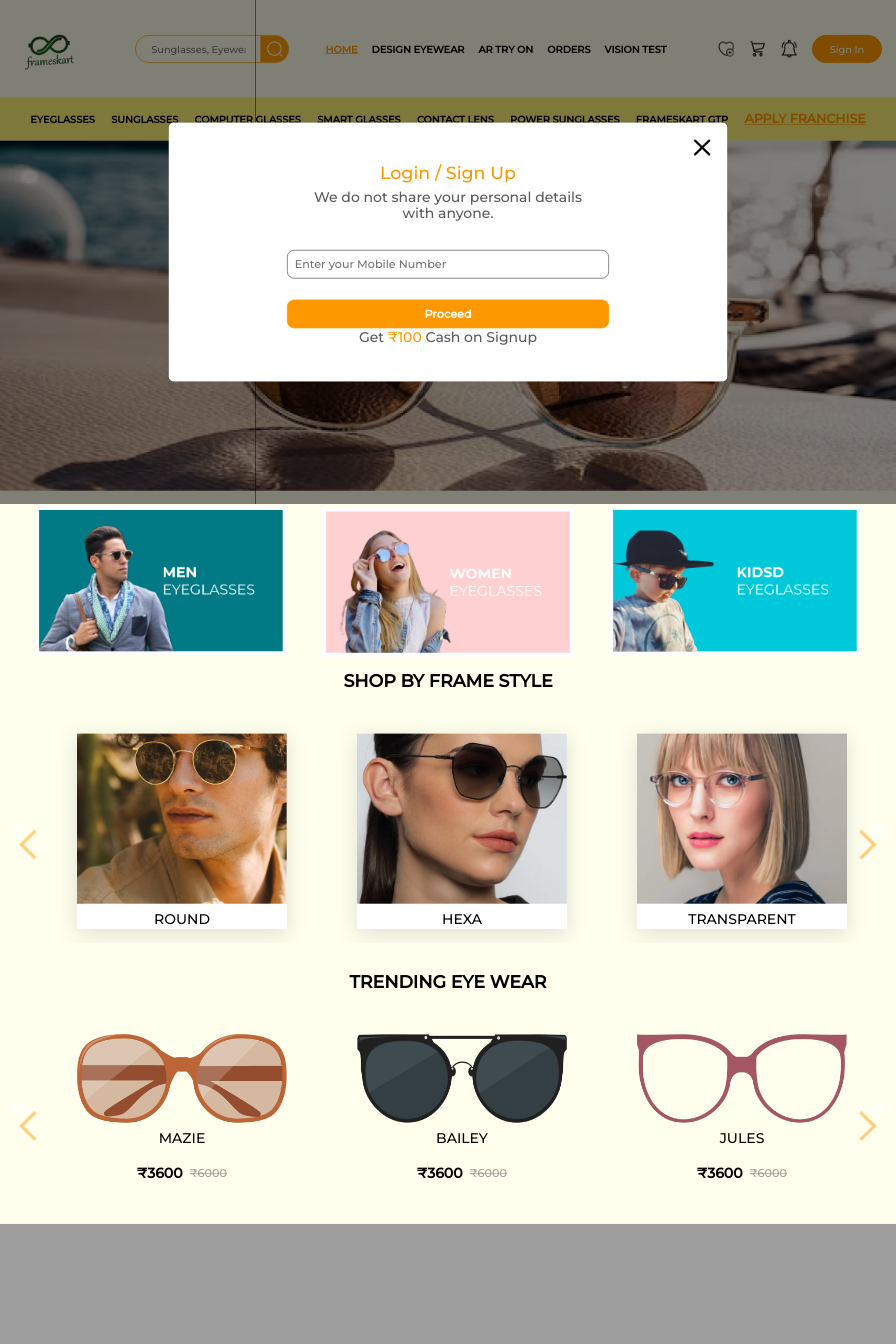
Repository: FlyweisReact/Frameskart
Page: /, after clicking the first element matching `button`
An editor plug-in stored every save of this project. The page is shown before and after the next save, followed by the edit.
The browser window is 1280 px wide. The pictures show the part of the page from y = 0 to 1920 px (the page is 12493 px tall), at 70% of full size.
Pictures or frames that could not be fetched are drawn as grey boxes. The project was rebuilt for these pictures with package versions that can differ from the ones it lists, and the page was loaded fresh each time.

Above is the page before, as saved 2023-10-23 13:08:37.

### public/index.html
<!-- @format -->

<!DOCTYPE html>
<html lang="en">
  <head>
    <meta charset="utf-8" />
    <link rel="icon" href="%PUBLIC_URL%/favicon.ico" />
    <meta name="viewport" content="width=device-width, initial-scale=1" />
    <meta name="theme-color" content="#000000" />
    <meta
      name="description"
      content="Web site created using create-react-app"
    />
    <link rel="apple-touch-icon" href="%PUBLIC_URL%/logo192.png" />
    <link rel="manifest" href="%PUBLIC_URL%/manifest.json" />
    <link rel="preconnect" href="https://fonts.googleapis.com" />
    <link rel="preconnect" href="https://fonts.gstatic.com" crossorigin />
    <link
      href="https://fonts.googleapis.com/css2?family=Montserrat:wght@500&display=swap"
      rel="stylesheet"
    />
    <title>React App</title>
  </head>
  <body>
    <noscript>You need to enable JavaScript to run this app.</noscript>
    <div id="root"></div>
  </body>
</html>

### src/index.js
import React from 'react';
import ReactDOM from 'react-dom/client';
import './index.css';
import App from './App';
import 'bootstrap/dist/css/bootstrap.min.css';
import "slick-carousel/slick/slick.css";
import "slick-carousel/slick/slick-theme.css";

const root = ReactDOM.createRoot(document.getElementById('root'));
root.render(
  <React.StrictMode>
    <App />
  </React.StrictMode>
);

### src/index.css
body {
  margin: 0;
  font-family: -apple-system, BlinkMacSystemFont, 'Segoe UI', 'Roboto', 'Oxygen',
    'Ubuntu', 'Cantarell', 'Fira Sans', 'Droid Sans', 'Helvetica Neue',
    sans-serif;
  -webkit-font-smoothing: antialiased;
  -moz-osx-font-smoothing: grayscale;
  background-color: #FFFFED !important;
  margin: 0;
  padding: 0;
}

code {
  font-family: source-code-pro, Menlo, Monaco, Consolas, 'Courier New',
    monospace;
}

### src/App.js
/** @format */

import React from "react";
import { BrowserRouter, Route, Routes } from "react-router-dom";
import Home from "./Screen/Home";

// CSS
import './CSS/style.css'
import './CSS/Laptop.css'

const App = () => {
  return (
    <BrowserRouter>
      <Routes>
        <Route path="/" element={<Home />} />
      </Routes>
    </BrowserRouter>
  );
};

export default App;

### src/CSS/style.css
/** @format */
/* Navbar */
.Nav {
  padding: 20px;
}
.Nav .header {
  display: flex;
  justify-content: space-between;
  gap: 20px;
  align-items: center;
}

.Nav .header .logo {
  width: 100px;
}

.Nav .header .logo img {
  width: 100%;
}
.Nav .header .mid-div {
  display: flex;
  gap: 20px;
  align-items: center;
}
.Nav .header .mid-div ul {
  display: flex;
  gap: 20px;
  align-items: center;
  list-style: none;
  margin: 0;
}
.Nav .header .mid-div ul li {
  color: #000;
  text-align: center;
  font-family: Montserrat;
  font-size: 14px;
  font-style: normal;
  font-weight: 600;
  line-height: normal;
  text-transform: uppercase;
  cursor: pointer;
}

.Nav .header .mid-div ul li.active {
  color: #fe9800;
  text-decoration: underline;
}

.Nav .header .icons {
  display: flex;
  gap: 20px;
  align-items: center;
}
.Nav .header .icons img {
  width: 25px;
  cursor: pointer;
}
.Nav .header .icons button {
  width: 100px;
  border-radius: 30px;
  background: #fe9800;
  border: 1px solid #fe9800;
  color: #fff;
  text-align: center;
  font-family: Montserrat;
  font-size: 14px;
  font-style: normal;
  line-height: normal;
  cursor: pointer;
  padding: 10px;
}

.Nav .header .mid-div .search-div {
  display: flex;
  border-radius: 30px;
  border: 1px solid #fe9800;
  height: 40px;
  width: 220px;
  justify-content: space-between;
  padding-left: 20px;
}
.Nav .header .mid-div .search-div input {
  border: none;
  color: var(--Gray-lite, #a39999);
  text-align: center;
  font-family: Montserrat;
  font-size: 14px;
  font-style: normal;
  font-weight: 500;
  line-height: normal;
  outline: none;
  width: 70%;
  gap: 20px;
  background-color: transparent;
}
.Nav .header .mid-div .search-div div {
  border-radius: 0px 30px 30px 0px;
  background: #fe9800;
  width: 20%;
  display: flex;
  justify-content: center;
  align-items: center;
  padding: 10px;
}

/* Category Section */
.category-section {
  padding: 20px;
  background: rgba(255, 226, 0, 0.5);
}
.category-section ul {
  padding: 0;
  list-style: none;
  display: flex;
  justify-content: space-evenly;
  margin: 0;
  align-items: center;
}
.category-section ul li {
  color: #000;
  font-family: Montserrat;
  font-size: 14px;
  font-style: normal;
  font-weight: 600;
  line-height: normal;
  text-transform: uppercase;
  cursor: pointer;
}

.category-section ul li.apply {
  color: #fe9800;
  font-size: 18px;
  text-decoration-line: underline;
  font-weight: 700;
}

/* Banner */
.Single_Banner img {
  width: 100%;
  max-height: 500px;
  height: auto;
}

.category-banner {
  display: flex;
  justify-content: space-evenly;
  align-items: center;
  gap: 40px;
  flex-wrap: wrap;
  max-width: 1200px;
  margin: auto;
  margin-top: 20px;
}
.category-banner .Main {
  width: 30%;
}
.category-banner .Main img {
  max-width: 100%;
  width: auto;
  height: auto;
  display: block;
  margin: auto;
}
@media (max-width: 768px) {
  .category-banner {
    max-width: 100%;
  }
  .category-banner .Main {
    width: 100%;
  }
  .category-banner {
    padding: 0;
    gap: 10px;
  }
}

.carousel-container {
  width: 100%;
  overflow: hidden;
  padding: 20px;
}

.shop_slider {
  max-width: 1200px;
  display: block;
  margin: auto;
}
.shop_slider .Main {
  width: 300px !important;
  display: block !important;
  margin: auto !important;
  background-color: #fff;
  box-shadow: rgba(100, 100, 111, 0.2) 0px 7px 29px 0px;
}
.shop_slider .Main img {
  width: 100%;
  height: 243px;
  object-fit: cover;
}
.slider_Navigation_container .slick-list {
  height: 100%;
  padding: 20px !important;
}
.shop_slider .Main p {
  padding: 10px;
  text-align: center;
  color: #000;
  text-align: center;
  font-family: Montserrat;
  font-size: 20px;
  font-style: normal;
  line-height: normal;
  text-transform: uppercase;
  padding-bottom: 2px;
  margin: 0;
}
.shop_slider .Main .price {
  color: #fe9800;
  text-align: center;
  font-family: Montserrat;
  font-size: 18px;
  font-style: normal;
  font-weight: 600;
  line-height: normal;
}
.shop_slider .Main .logo {
  max-width: 100px;
  width: auto;
  margin: auto;
  max-height: 40px;
  height: auto;
  margin-top: 10px;
}

@media (max-width: 768px) {
  .carousel-container {
    padding: 0;
  }
  .shop_slider {
    width: 100% !important;
    padding: 0;
    max-width: 100%;
    padding: 20px;
  }
  .shop_slider .Main {
    width: 100% !important;
  }
  .shop_slider .Main img {
    width: 100% !important;
    height: 300px;
  }
  .slick-list {
    height: 100%;
    padding: 0 !important;
  }
  .shop_slider .Main .logo {
    max-height: auto;
    max-width: auto;
  }
}

.bold-heading {
  text-align: center;
  padding: 20px;
}
.bold-heading p {
  color: #000;
  font-family: Montserrat;
  font-size: 25px;
  font-style: normal;
  font-weight: 600;
  line-height: normal;
  text-transform: uppercase;
  margin: 0;
}

.eye_wear_slider {
  max-width: 1200px;
  margin: auto;
}

.eye_wear_slider .Main {
  width: 300px !important;
  display: block !important;
  margin: auto !important;
}
.eye_wear_slider .Main img {
  width: 100%;
  height: 127px;
}
.eye_wear_slider .Main p.title {
  padding: 10px;
  text-align: center;
  color: #000;
  text-align: center;
  font-family: Montserrat;
  font-size: 20px;
  font-style: normal;
  line-height: normal;
  text-transform: uppercase;
}

.eye_wear_slider .Main .price-container {
  display: flex;
  gap: 10px;
  align-items: center;
  justify-content: center;
}
.eye_wear_slider .Main .price-container p {
  margin: 0;
}
.eye_wear_slider .Main .price-container p.selling {
  color: #000;
  font-family: Montserrat;
  font-size: 20px;
  font-style: normal;
  font-weight: 600;
  line-height: normal;
}
.eye_wear_slider .Main .price-container p.mrp {
  color: #a39999;
  font-family: Montserrat;
  font-size: 16px;
  font-style: normal;
  font-weight: 500;
  line-height: normal;
  text-decoration-line: strikethrough;
  text-decoration: line-through;
}

@media (max-width: 768px) {
  .eye_wear_slider {
    width: 100% !important;
    padding: 0;
    max-width: 100%;
    padding: 20px;
  }
  .eye_wear_slider .Main {
    width: 100% !important;
  }
  .eye_wear_slider .Main img {
    width: 100% !important;
  }
}

.carousel-container_template {
  width: 100%;
  overflow: hidden;
  padding-top: 20px;
  padding-bottom: 20px;
}
.Template_Slider .Main {
  width: 100%;
}
.Template_Slider .Main img {
  max-height: 500px;
  width: 100%;
}

.cutted_Banner {
  max-width: 100%;
  margin: auto;
  /* padding: 40px; */
}

@media (max-width: 768px) {
  .cutted_Banner {
    max-width: 100%;
    padding: 0;
  }
}

.smart-series {
  display: flex;
  justify-content: space-evenly;
  align-items: center;
  gap: 10px;
  padding: 40px;
  flex-wrap: wrap;
  max-width: 1200px;
  margin: auto;
}
.smart-series .Main {
  width: 350px;
  background-color: #fff;
  box-shadow: rgba(0, 0, 0, 0.24) 0px 3px 8px;
}
.smart-series .Main img {
  display: block;
  margin: auto;
  width: 100%;
  height: 322px;
}
.smart-series .Main p {
  text-align: center;
  padding: 10px;
  color: #000;
  text-align: center;
  font-family: Montserrat;
  font-size: 20px;
  font-style: normal;
  font-weight: 500;
  line-height: normal;
  margin: 0;
}

@media (max-width: 768px) {
  .smart-series {
    max-width: 100%;
    padding: 10px;
  }
  .smart-series .Main {
    width: 100%;
  }
}

.premium_series {
  display: flex;
  justify-content: space-evenly;
  align-items: center;
  gap: 40px;
  padding: 40px;
  flex-wrap: wrap;
  max-width: 1200px;
  margin: auto;
}
.premium_series .Main {
  width: 30%;
  background-color: transparent;
}
.premium_series .Main img {
  display: block;
  margin: auto;
  width: 300px;
  height: 127px;
}
.premium_series .Main p {
  text-align: center;
  padding: 10px;
  padding-top: 30px;
  color: #000;
  text-align: center;
  font-family: Montserrat;
  font-size: 20px;
  font-style: normal;
  font-weight: 700;
  line-height: normal;
  margin: 0;
}
.premium_series .Main .price-container {
  display: flex;
  gap: 5px;
  align-items: center;
  justify-content: center;
}
.premium_series .Main .price-container p {
  margin: 0;
}
.premium_series .Main .price-container p.selling {
  color: #000;
  font-family: Montserrat;
  font-size: 20px;
  font-style: normal;
  font-weight: 600;
  line-height: normal;
}
.premium_series .Main .price-container p.mrp {
  color: #a39999;
  font-family: Montserrat;
  font-size: 16px;
  font-style: normal;
  font-weight: 500;
  line-height: normal;
  text-decoration-line: strikethrough;
  text-decoration: line-through;
}

@media (max-width: 768px) {
  .premium_series {
    max-width: 100%;
    padding: 10px;
  }
  .premium_series .Main {
    width: 100%;
  }
}

.store_two_section {
  display: flex;
  justify-content: space-evenly;
  flex-wrap: wrap;
  align-items: center;
  gap: 40px;
  max-width: 1200px;
  margin: auto;
  padding: 40px;
}

.store_two_section .Main {
  width: 45%;
}
.store_two_section .Main img {
  width: 100%;
}
.store_two_section .Main p {
  color: #000;
  font-family: Montserrat;
  font-size: 24px;
  font-style: normal;
  font-weight: 500;
  line-height: normal;
  margin: 0;
  padding: 10px;
  text-align: center;
  font-weight: bold;
}

.slider_Navigation_container {
  position: relative;
  max-width: 1200px;
  margin: auto;
}
.slider_Navigation_container .navigation {
  display: flex;
  justify-content: space-between;
  align-items: center;
}
.slider_Navigation_container .navigation img {
  cursor: pointer;
  width: 100px;
}
.slider_Navigation_container .navigation img.PrevImg {
  position: absolute;
  top: 40%;
  transform: translate(-50%);
  left: 0;
}
.slider_Navigation_container .navigation img.NextImg {
  position: absolute;
  top: 40%;
  transform: translate(-50%);
  right: 0;
  left: 100%;
}
@media (max-width: 768px) {
  .slider_Navigation_container .navigation {
    justify-content: center;
  }
  .slider_Navigation_container .navigation img.NextImg {
    position: relative;
    transform: none;
  }
  .slider_Navigation_container .navigation img.PrevImg {
    position: relative;
    transform: none;
  }
}

@media (max-width: 768px) {
  .store_two_section {
    max-width: 100%;
    padding: 10px;
  }
  .store_two_section .Main {
    width: 100%;
  }
}

.Visit_Store {
  max-width: 1200px;
  margin: auto;
  padding: 20px;
  display: flex;
  gap: 40px;
  background: #fff;
  box-shadow: 0px 4px 25px 0px rgba(0, 0, 0, 0.1);
  margin-top: 40px;
  margin-bottom: 20px;
}

.Visit_Store .left {
  width: 40%;
}
.Visit_Store .left img {
  width: 100%;
}
.Visit_Store .right h5 {
  color: #000;
  font-family: Montserrat;
  font-size: 32px;
  font-style: normal;
  font-weight: 500;
  line-height: normal;
}

.Visit_Store .right .search-div {
  display: flex;
  border-radius: 30px;
  border: 1px solid #fe9800;
  height: 40px;
  width: 380px;
  justify-content: space-between;
  padding-left: 20px;
  margin-top: 20px;
  margin-bottom: 20px;
}
.Visit_Store .right .search-div input {
  border: none;
  color: var(--Gray-lite, #a39999);
  text-align: center;
  font-family: Montserrat;
  font-size: 14px;
  font-style: normal;
  font-weight: 500;
  line-height: normal;
  outline: none;
  width: 70%;
  gap: 20px;
  background-color: transparent;
}
.Visit_Store .right .search-div div {
  border-radius: 0px 30px 30px 0px;
  background: #fe9800;
  width: 20%;
  display: flex;
  justify-content: center;
  align-items: center;
  padding: 10px;
}
.Visit_Store .right .content .title {
  overflow: hidden;
  color: #000;
  text-overflow: ellipsis;
  white-space: nowrap;
  font-family: Montserrat;
  font-size: 24px;
  font-style: normal;
  font-weight: 400;
  line-height: normal;
  margin-top: 20px;
}

.Visit_Store .right .content .desc {
  overflow: hidden;
  color: #a39999;
  white-space: nowrap;
  font-family: Montserrat;
  font-size: 20px;
  font-style: normal;
  font-weight: 400;
  line-height: normal;
}
.Visit_Store .right .content button {
  border-radius: 12px;
  background: #fe9800;
  color: #ededed;
  font-family: Montserrat;
  font-size: 18px;
  font-style: normal;
  font-weight: 500;
  line-height: normal;
  width: 300px;
  border: 1px solid #fe9800;
  padding: 10px;
  text-align: center;
  margin-top: 20px;
}

.Policy_Container {
  overflow: hidden;
  margin-top: 40px;
  margin-bottom: 20px;
  padding: 40px;
  background: #fff;
  box-shadow: 0px 0px 10px 0px rgba(0, 0, 0, 0.25);
}

.Policy_Container .policy_slider .Main {
  display: flex !important;
  gap: 10px;
  align-items: center;
  width: 250px !important;
  margin: auto;
}
.Policy_Container .policy_slider .Main img {
  width: 80px;
}
.Policy_Container .policy_slider .Main p {
  color: #505565;
  font-family: Montserrat;
  font-size: 16px;
  font-style: normal;
  font-weight: 500;
  line-height: normal;
  text-transform: uppercase;
}

/* Footer  */
.footer-container {
  margin-top: 40px;
  background: #333232;
}
.footer-container .footer {
  padding: 40px;
  display: flex;
  justify-content: space-evenly;
  align-items: flex-start;
}
.footer-container .footer h5 {
  color: #fff;
  font-family: Montserrat;
  font-size: 20px;
  font-style: normal;
  font-weight: 600;
  line-height: normal;
}

.footer-container .footer div {
  width: 20%;
}
.footer-container .footer div.first {
  width: 30%;
}
.footer-container .footer div .multiple-image {
  display: flex;
  gap: 20px;
  align-items: center;
  margin-top: 20px;
  margin-bottom: 20px;
}
.footer-container .footer div .multiple-image img {
  width: 40px;
}
.footer-container .footer div .desc {
  color: #fff;
  font-family: Montserrat;
  font-size: 14px;
  font-style: normal;
  font-weight: 400;
  line-height: normal;
  margin: 0;
  cursor: pointer;
  margin-top: 10px;
  text-overflow: ellipsis;
}

.footer-container .footer div ul {
  padding: 0;
  list-style: none;
}
.footer-container .footer div ul li {
  color: #fff;
  font-family: Montserrat;
  font-size: 14px;
  font-style: normal;
  font-weight: 500;
  line-height: normal;
  margin-top: 10px;
}
.footer-container .copyright {
  border-top: 1px solid #fff;
  padding: 10px;
}
.footer-container .copyright p {
  margin: 0;
  color: #fff;
  font-family: Montserrat;
  font-size: 16px;
  font-style: normal;
  font-weight: 500;
  line-height: normal;
  text-align: center;
}

/* Login Container */
.Login_Container {
  padding: 40px;
}
.Login_Container .close {
  display: flex;
  justify-content: flex-end;
}
.Login_Container .close img {
  width: 40px;
  height: 40px;
  cursor: pointer;
}

.Login_Container h5 {
  color: #fe9800;
  text-align: center;
  font-family: Montserrat;
  font-size: 25px;
  font-style: normal;
  font-weight: 500;
  line-height: normal;
}

.Login_Container .desc {
  color: #5a5a5a;
  text-align: center;
  font-family: Montserrat;
  font-size: 20px;
  font-style: normal;
  font-weight: 400;
  line-height: normal;
}
.Login_Container form {
 max-width: 500px;
  margin: auto;
  margin-top: 20px;
  padding: 20px;
}
.Login_Container form input {
  width: 100%;
  outline: none;
  border-radius: 10px;
  border: 1px solid #5a5a5a;
  padding: 10px;
  color: #000;
  font-family: Montserrat;
  font-size: 16px;
  font-style: normal;
  font-weight: 300;
  line-height: normal;
}
.Login_Container form button {
  border-radius: 10px;
  background: #fe9800;
  margin-top: 30px;
  width: 100%;
  padding: 10px;
  text-align: center;
  color: #fff;
  text-align: center;
  font-family: Montserrat;
  font-size: 16px;
  font-style: normal;
  font-weight: 600;
  line-height: normal;
  border: 1px solid #fe9800;
}
.Login_Container form .cash{
  color: #5A5A5A;
text-align: center;
font-family: Montserrat;
font-size: 20px;
font-style: normal;
font-weight: 400;
line-height: normal;

}

### src/CSS/Laptop.css
@media (max-width : 1200px) {
    .Nav{
        display: none;
    }

}

### src/Component/Banner.js
/** @format */

import React from "react";

const Banner = ({ img }) => {
  return (
    <div className="Single_Banner">
      <img src={img} alt="" />
    </div>
  );
};

export default Banner;

### src/Component/Heading.js
/** @format */

import React from "react";

const Heading = ({ title }) => {
  return (
    <div className="bold-heading">
      <p> {title} </p>
    </div>
  );
};

export default Heading;

### src/Component/PremiumSeries.js
/** @format */

import React from "react";

const PremiumSeries = ({ data }) => {
  return (
    <div className="premium_series">
      {data?.map((i, index) => (
        <div className="Main" key={`premium ${index}`}>
          <img src={i.img} alt="" />
          <p> {i.title} </p>
          {i.selling && i.mrp && (
            <div className="price-container">
              <p className="selling">₹ {i.selling}</p>
              <p className="mrp">₹{i.mrp} </p>
            </div>
          )}
        </div>
      ))}
    </div>
  );
};

export default PremiumSeries;

### src/Component/Slider/TemplateSlider.js
/** @format */

import Slider from "react-slick";

const TemplateSlider = () => {
  const data = [
    {
      img: "https://static1.lenskart.com/media/desktop/img/oct23/home/13-10-23/As%20seen%20on%20Desk.jpg",
    },
    {
      img: "https://static1.lenskart.com/media/desktop/img/oct23/web/maverick.gif",
    },
    {
      img: "https://static1.lenskart.com/media/desktop/img/May22/ojos-web.jpg",
    },
  ];

  const settings = {
    dots: false,
    infinite: true,
    speed: 500,
    slidesToShow: 1,
    slidesToScroll: 1,
    autoplay: true,
    autoplaySpeed: 3000,
    swipeToSlide: true,
    fade: true,
    responsive: [
      {
        breakpoint: 1024,
        settings: {
          slidesToShow: 3,
          slidesToScroll: 3,
          infinite: true,
          dots: true,
        },
      },
      {
        breakpoint: 600,
        settings: {
          slidesToShow: 2,
          slidesToScroll: 2,
          initialSlide: 2,
        },
      },
      {
        breakpoint: 480,
        settings: {
          slidesToShow: 1,
          slidesToScroll: 1,
        },
      },
    ],
  };

  return (
    <Slider {...settings} className="Template_Slider">
      {data?.map((i, index) => (
        <div className="Main" key={`template ${index}`}>
          <img src={i.img} alt="" />
        </div>
      ))}
    </Slider>
  );
};

export default TemplateSlider;

### src/Component/VisitStore.js
/** @format */

import React from "react";

const VisitStore = () => {
  return (
    <div className="Visit_Store">
      <div className="left">
        <img src="/Image/63.png" alt="" />
      </div>
      <div className="right">
        <h5>Visit Nearby Store</h5>
        <div className="search-div">
          <input type="text" placeholder="Sunglasses, Eyewear Frames" />
          <div>
            <img src="/Image/searchIcon.png" alt="" />
          </div>
        </div>
        <div className="content">
          <p className="title"> Kanpur Sisamau</p>
          <p className="desc">Sisamau , P Road Kanpur...</p>
          <button>Direction</button>
        </div>
      </div>
    </div>
  );
};

export default VisitStore;

### src/Component/Category.js
/** @format */

import React from "react";

const Category = () => {
  return (
    <div className="category-section">
      <ul>
        <li>EYEGLASSES</li>
        <li>SUNGLASSES</li>
        <li>COMPUTER GLASSES</li>
        <li>Smart Glasses</li>
        <li>CONTACT LENS</li>
        <li>POWER SUNGLASSES</li>
        <li>Frameskart GTP</li>
        <li className="apply"> Apply Franchise</li>
      </ul>
    </div>
  );
};

export default Category;

### src/Component/Modal/LoginModal.js
/** @format */

import React from "react";
import { Modal } from "react-bootstrap";

export function LoginModal(props) {
  return (
    <Modal
      {...props}
      size="lg"
      aria-labelledby="contained-modal-title-vcenter"
      centered
    >
      <Modal.Body className="Login_Container">
        <div className="close">
          <img src="/Image/close.png" alt="" />
        </div>
        <h5>Login / Sign Up</h5>
        <p className="desc">
          We do not share your personal details <br /> with anyone.
        </p>
        <form>
          <input type="tel" placeholder="Enter your Mobile Number" />
          <button>Proceed</button>
          <p className="cash">
            Get <span style={{ color: "#FE9800" }}>₹100</span> Cash on Signup
          </p>
        </form>
      </Modal.Body>
    </Modal>
  );
}

Loaded but not shown: src/Screen/Home.js (479 lines, source omitted); src/Footer/Footer.js (85 lines, source omitted); src/Component/Slider/EyeWearSlider.js (122 lines, source omitted); src/Component/Slider/ShopSlider.js (83 lines, source omitted); src/Component/Policy.js (93 lines, source omitted); src/Navbar/Navbar.js (54 lines, source omitted)

After the next save:
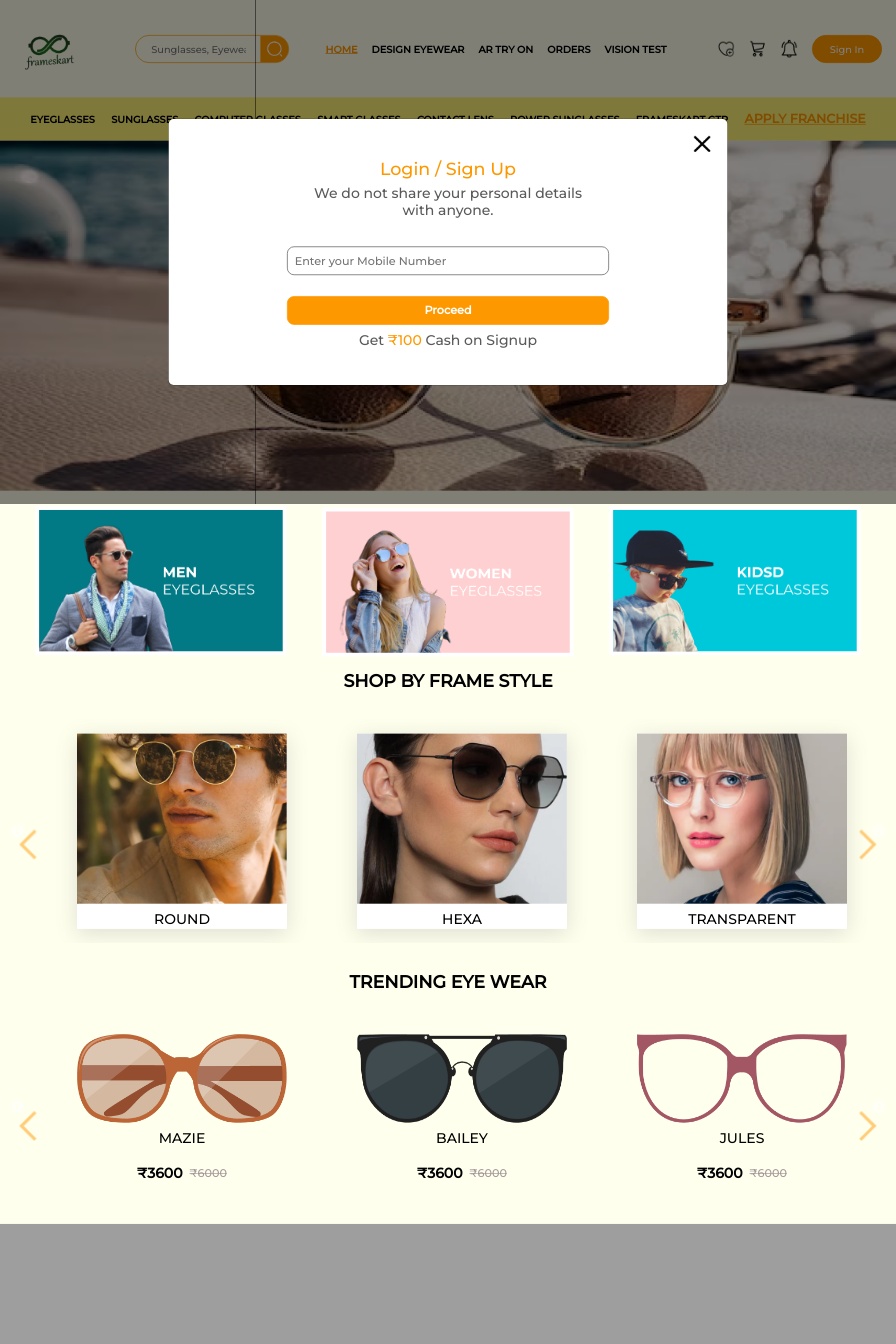
Saved 4 s later.
--- a/src/CSS/style.css
+++ b/src/CSS/style.css
@@ -848,5 +848,5 @@
 font-style: normal;
 font-weight: 400;
 line-height: normal;
-
-}
+margin-top: 10px;
+}
